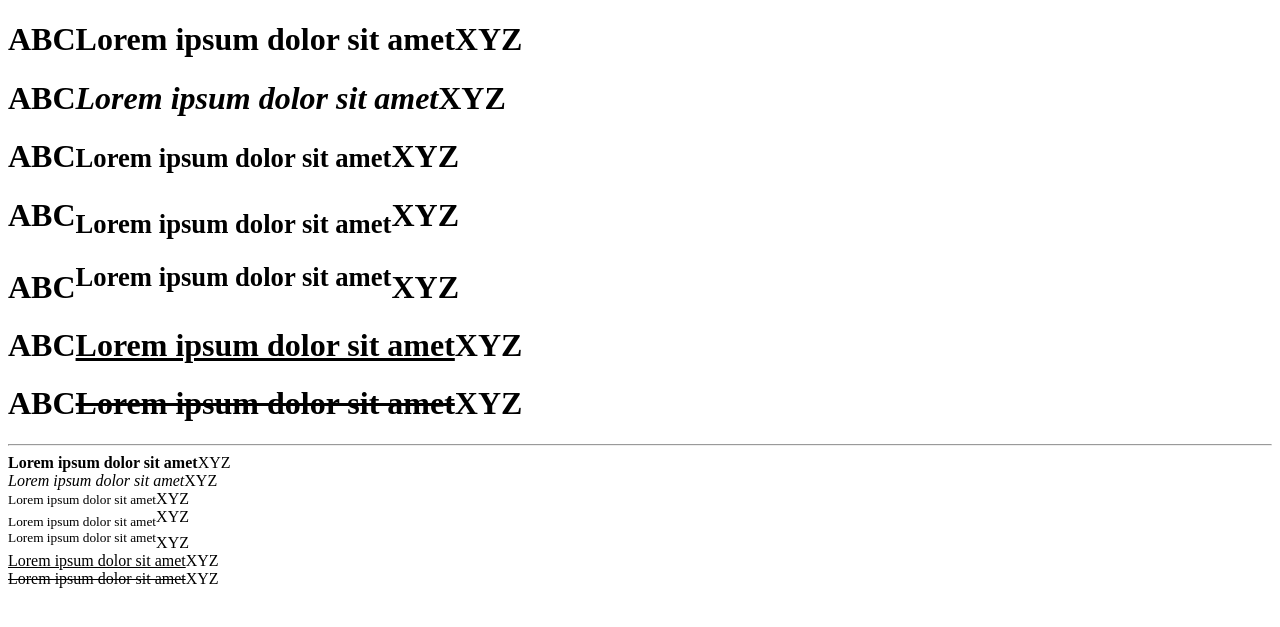
Repository: soso1525/bitcamp
Page: workspace/java-web/src/main/webapp/ch2/2-9.html
The author's editor kept a copy of each file at every save. The page is drawn from the files as they stood at one save, then again after the next save.
The browser window is 1280 px wide. The pictures show the whole page.

Above is the page before, as saved 2017-12-12 05:27:01.

### workspace/java-web/src/main/webapp/ch2/2-9.html
<!DOCTYPE html>
<html>
<head>
    <title>HTML TEXT Basic Page</title>
</head>
<body>
    <h1>ABC<b>Lorem ipsum dolor sit amet</b>XYZ</h1>
    <h1>ABC<i>Lorem ipsum dolor sit amet</i>XYZ</h1>
    <h1>ABC<small>Lorem ipsum dolor sit amet</small>XYZ</h1>
    <h1>ABC<sub>Lorem ipsum dolor sit amet</sub>XYZ</h1>
    <h1>ABC<sup>Lorem ipsum dolor sit amet</sup>XYZ</h1>
    <h1>ABC<ins>Lorem ipsum dolor sit amet</ins>XYZ</h1>
    <h1>ABC<del>Lorem ipsum dolor sit amet</del>XYZ</h1>
    <hr />
    <b>Lorem ipsum dolor sit amet</b>XYZ<br />
    <i>Lorem ipsum dolor sit amet</i>XYZ<br />
    <small>Lorem ipsum dolor sit amet</small>XYZ<br />
    <sub>Lorem ipsum dolor sit amet</sub>XYZ<br />
    <sup>Lorem ipsum dolor sit amet</sup>XYZ<br />
    <ins>Lorem ipsum dolor sit amet</ins>XYZ<br />
    <del>Lorem ipsum dolor sit amet</del>XYZ<br />
</body>
</html>

After the next save:
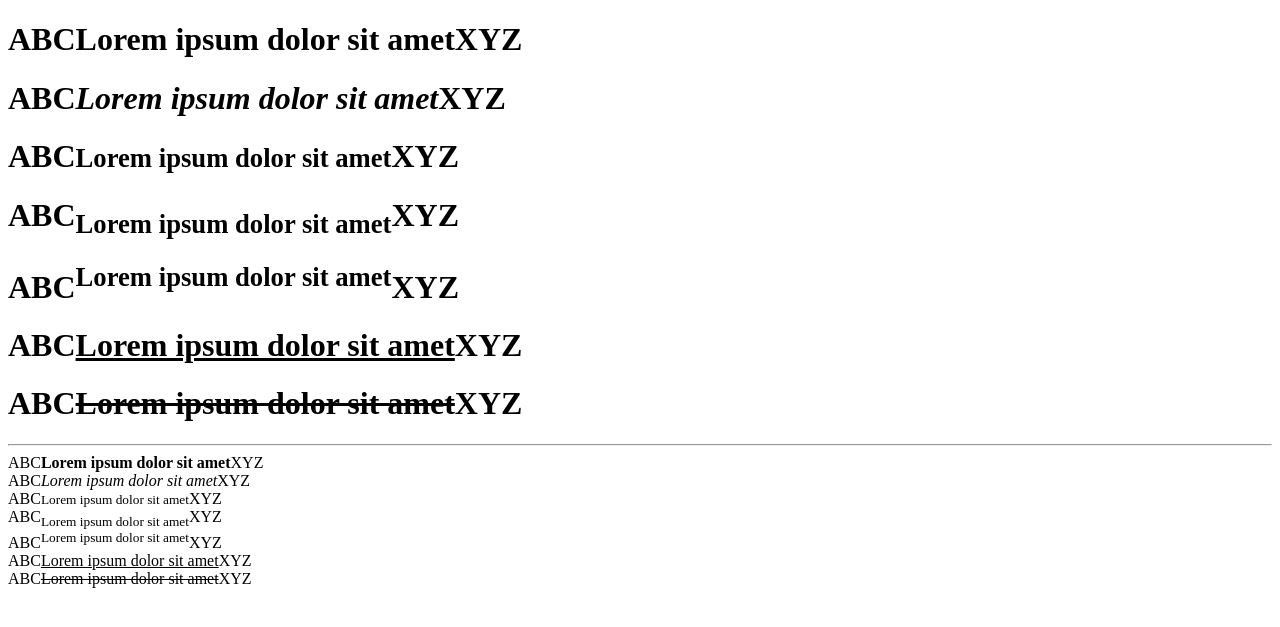
Saved 22 s later.
--- a/workspace/java-web/src/main/webapp/ch2/2-9.html
+++ b/workspace/java-web/src/main/webapp/ch2/2-9.html
@@ -12,12 +12,12 @@
     <h1>ABC<ins>Lorem ipsum dolor sit amet</ins>XYZ</h1>
     <h1>ABC<del>Lorem ipsum dolor sit amet</del>XYZ</h1>
     <hr />
-    <b>Lorem ipsum dolor sit amet</b>XYZ<br />
-    <i>Lorem ipsum dolor sit amet</i>XYZ<br />
-    <small>Lorem ipsum dolor sit amet</small>XYZ<br />
-    <sub>Lorem ipsum dolor sit amet</sub>XYZ<br />
-    <sup>Lorem ipsum dolor sit amet</sup>XYZ<br />
-    <ins>Lorem ipsum dolor sit amet</ins>XYZ<br />
-    <del>Lorem ipsum dolor sit amet</del>XYZ<br />
+    ABC<b>Lorem ipsum dolor sit amet</b>XYZ<br />
+    ABC<i>Lorem ipsum dolor sit amet</i>XYZ<br />
+    ABC<small>Lorem ipsum dolor sit amet</small>XYZ<br />
+    ABC<sub>Lorem ipsum dolor sit amet</sub>XYZ<br />
+    ABC<sup>Lorem ipsum dolor sit amet</sup>XYZ<br />
+    ABC<ins>Lorem ipsum dolor sit amet</ins>XYZ<br />
+    ABC<del>Lorem ipsum dolor sit amet</del>XYZ<br />
 </body>
 </html>
